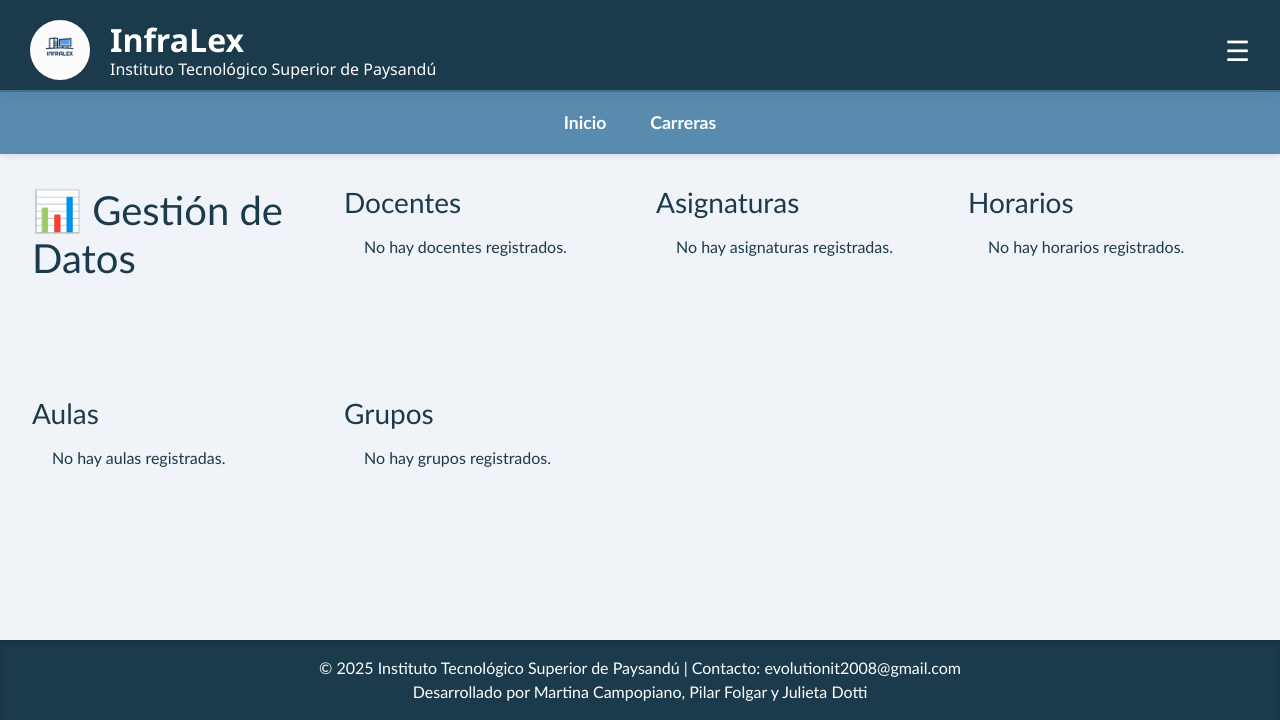
Repository: pilarfolgar/PROYECTO-2025
Page: http://localhost/PROYECTO-2025/indexadministrativoDatos.php
An editor plug-in stored every save of this project. The page is shown before and after the next save, followed by the edit.
The browser window is 1280 px wide. The pictures show the whole page.
The page is run by PHP 8.4 with error messages shown; the project is at /var/www/html/. Queries for data that is not in the repository find no rows.

Above is the page before, as saved 2025-10-20 08:13:47.

After the next save:
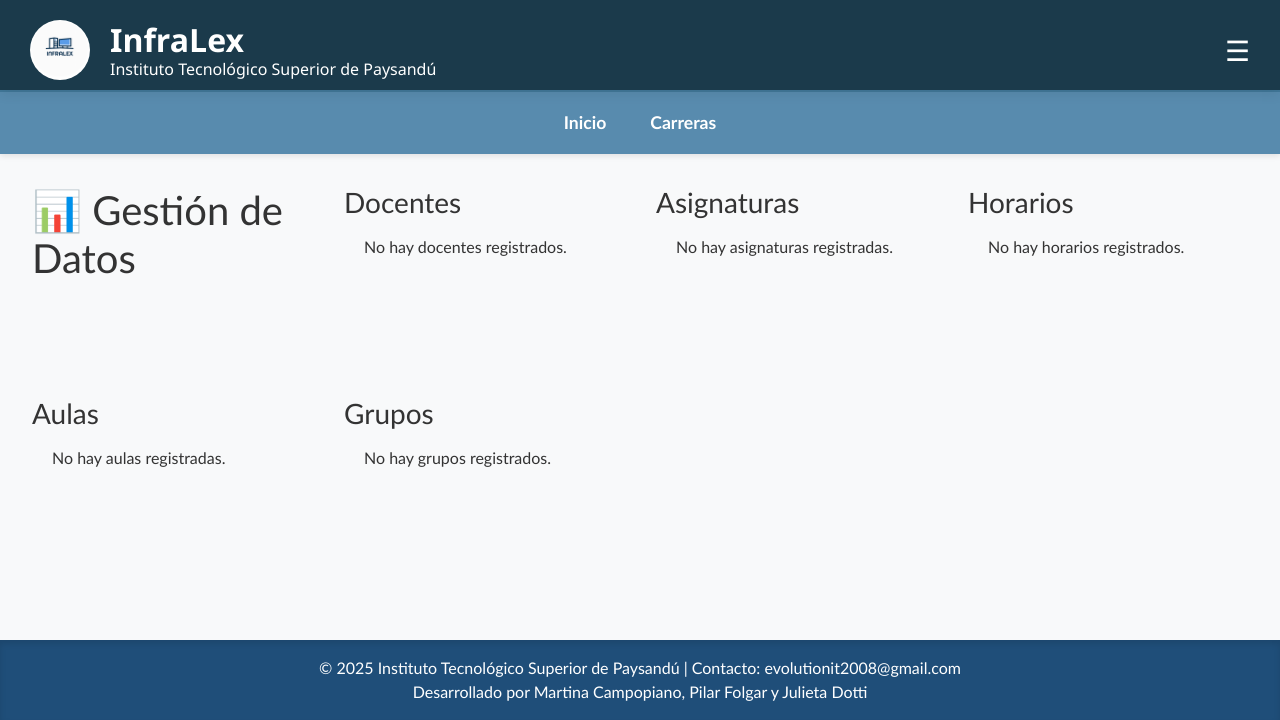
Saved 2 min 52 s later.
--- a/styleindexadministrativo.css
+++ b/styleindexadministrativo.css
@@ -1,4 +1,28 @@
-/* ---------------- CONTENEDOR Y TARJETAS GENERALES ---------------- */
+/* ---------------- VARIABLES DE COLORES ---------------- */
+:root {
+  --primario: #1f4e79;
+  --secundario: #f0ad4e;
+  --acento: #5a8fb0;
+  --hover: #3b7d9a;
+  --texto: #ffffff;
+  --fondo: #f8f9fa;
+}
+
+/* ---------------- ESTILO GENERAL ---------------- */
+body {
+  font-family: 'Arial', sans-serif;
+  background-color: var(--fondo);
+  margin: 0;
+  padding: 0;
+  color: #333;
+}
+
+a {
+  text-decoration: none;
+  color: var(--primario);
+}
+
+/* ---------------- CONTENEDOR Y TARJETAS ---------------- */
 .contenedor {
   display: grid;
   grid-template-columns: repeat(auto-fit, minmax(250px, 1fr));
@@ -32,7 +56,6 @@
   padding: 0.5rem 1rem;
   border: none;
   border-radius: 6px;
-  text-decoration: none;
   font-weight: bold;
   cursor: pointer;
   transition: background 0.3s, transform 0.2s;
@@ -50,14 +73,14 @@
 }
 
 .modal-header {
-  background: #343a40;
-  color: white;
+  background: var(--primario);
+  color: var(--texto);
 }
 
 .modal-footer .btn-secondary {
   background-color: var(--secundario);
   border-color: var(--secundario);
-  color: white;
+  color: var(--texto);
 }
 
 .modal-footer .btn-secondary:hover {
@@ -103,13 +126,33 @@
   border-radius: 6px;
   padding: 0.75rem;
   background-color: white;
-  color: var(--texto);
+  color: #000;
   transition: border-color 0.3s, box-shadow 0.3s;
 }
 
 .formulario form .form-control:focus,
 .formulario form .form-select:focus {
   border-color: var(--hover);
-  box-shadow: 0 0 0 0.2rem rgba(89, 139, 174, 0.25);
+  box-shadow: 0 0 0 0.2rem rgba(89, 143, 176, 0.25);
   outline: none;
 }
+
+/* ---------------- FOOTER ---------------- */
+footer {
+  background-color: var(--primario);
+  color: var(--texto);
+  text-align: center;
+  padding: 1.5rem 1rem;
+  margin-top: 2rem;
+  font-size: 0.9rem;
+}
+
+footer a {
+  color: var(--secundario);
+  text-decoration: underline;
+  transition: color 0.3s;
+}
+
+footer a:hover {
+  color: var(--hover);
+}
